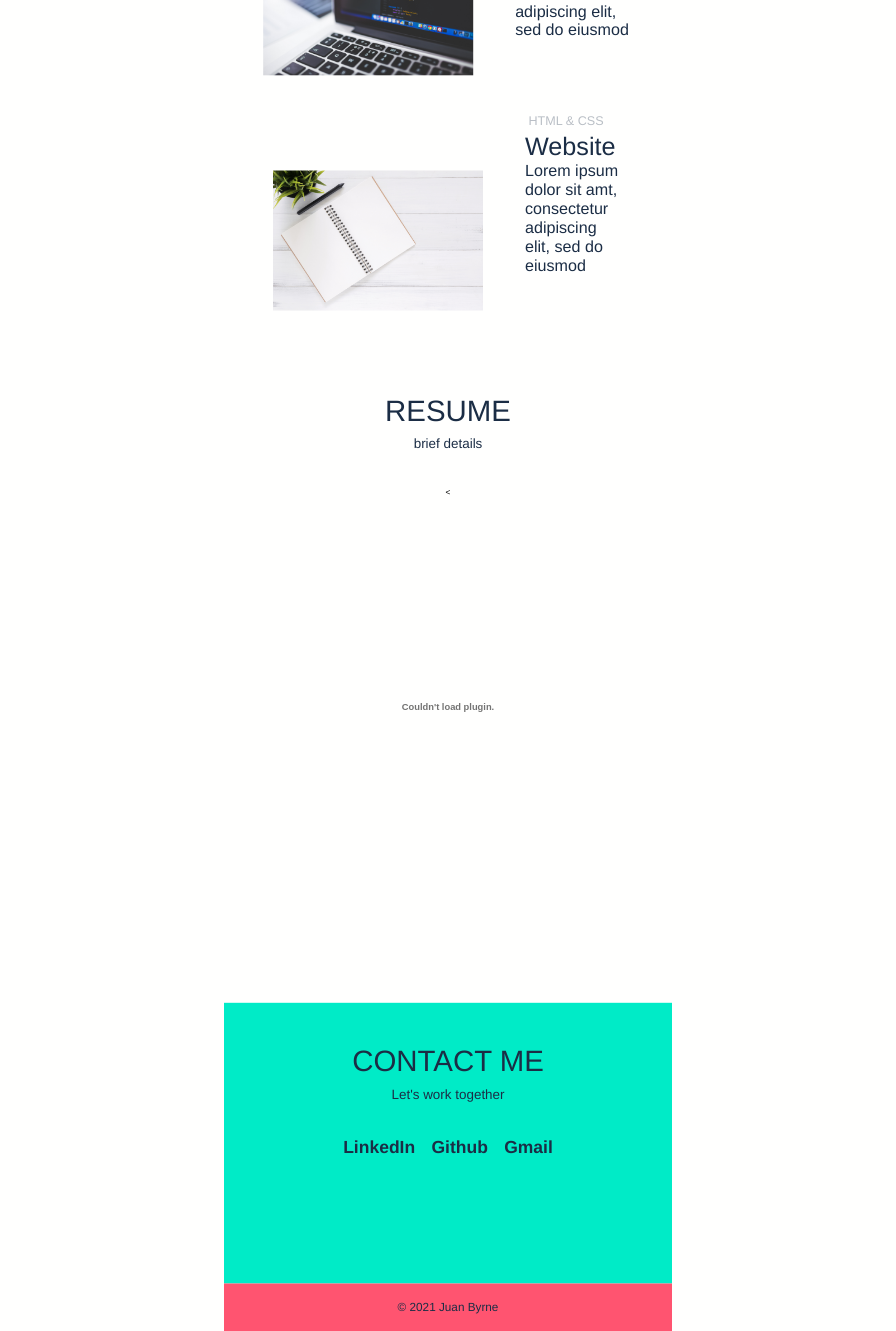
Repository: jb150524/JB-Portfolio
Page: index.html
The author's editor kept a copy of each file at every save. The page is drawn from the files as they stood at one save, then again after the next save.
The browser window is 1280 px wide. The pictures show the part of the page from y = 2992 to 4912 px (the page is 4893 px tall before and 4912 px after), at 70% of full size.
Some icons come from a web library that is not loaded, so they are not drawn.

Above is the page before, as saved 2021-07-24 22:27:49.

After the next save:
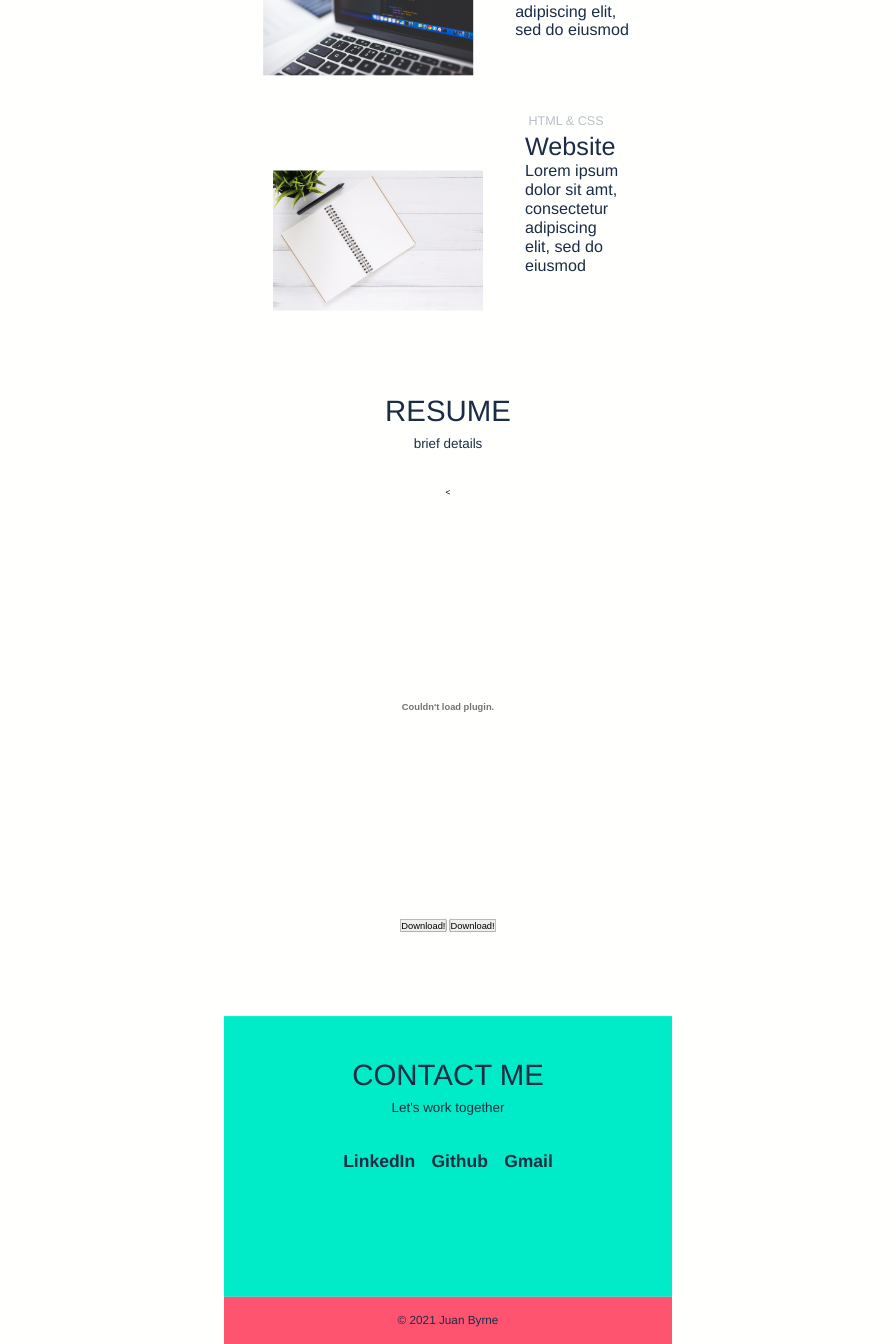
Saved 4 min 29 s later.
--- a/index.html
+++ b/index.html
@@ -140,7 +140,8 @@
         <h1>Resume</h1>
         <h6>brief details</h6>
         <<embed src="JByrne Resume 2021 FINAL.pdf" type="application/pdf" width="100%" height="600px" />
-
+        <input type="button" value="Download!">
+        <button>Download!</button>
         </p>
         </div>
 
